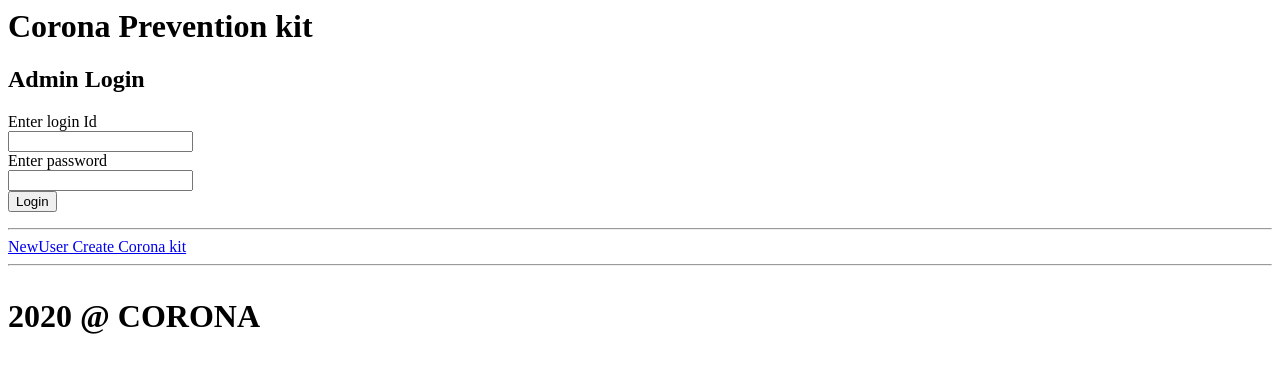
Repository: phanisree-chava/SBA-REPO
Page: http://localhost/CoronakitManagementPortal/
An editor plug-in stored every save of this project. The page is shown before and after the next save, followed by the edit.
The browser window is 1280 px wide. The pictures show the whole page.
The page is served by Tomcat 9.

Above is the page before, as saved 2020-08-23 18:07:07.

After the next save:
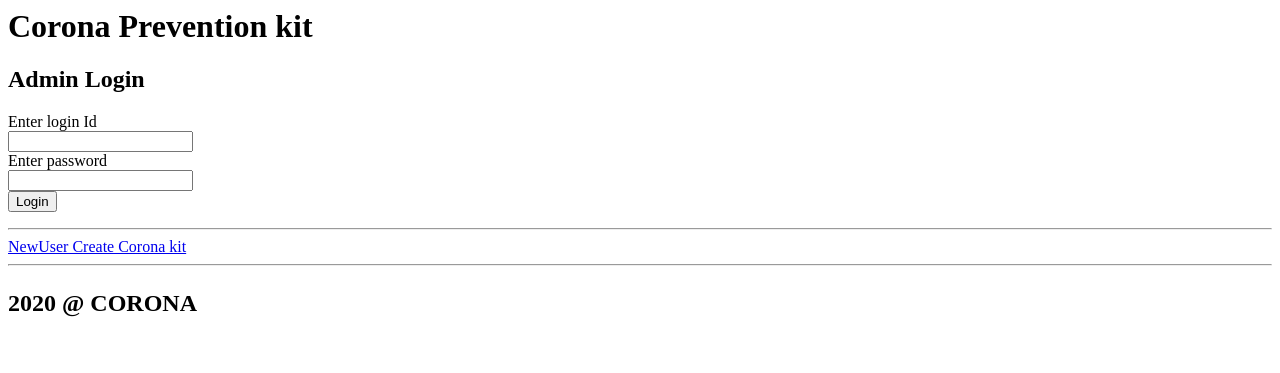
Saved 48 s later.
--- a/CoronakitManagementPortal/WebContent/footer.jsp
+++ b/CoronakitManagementPortal/WebContent/footer.jsp
@@ -1,8 +1,34 @@
 
-<h1>
+
+
+
+
+
+
+
+
+
+
+
+
+
+
+
+
+
+
+
+
+
+
+
+
+
+
+<h2>
 <footer>
-  <p>2020 @ CORONA<br>
+  <p>2020 @ CORONA<p>
 
 </footer>
 
-</h1>
+</h2>
